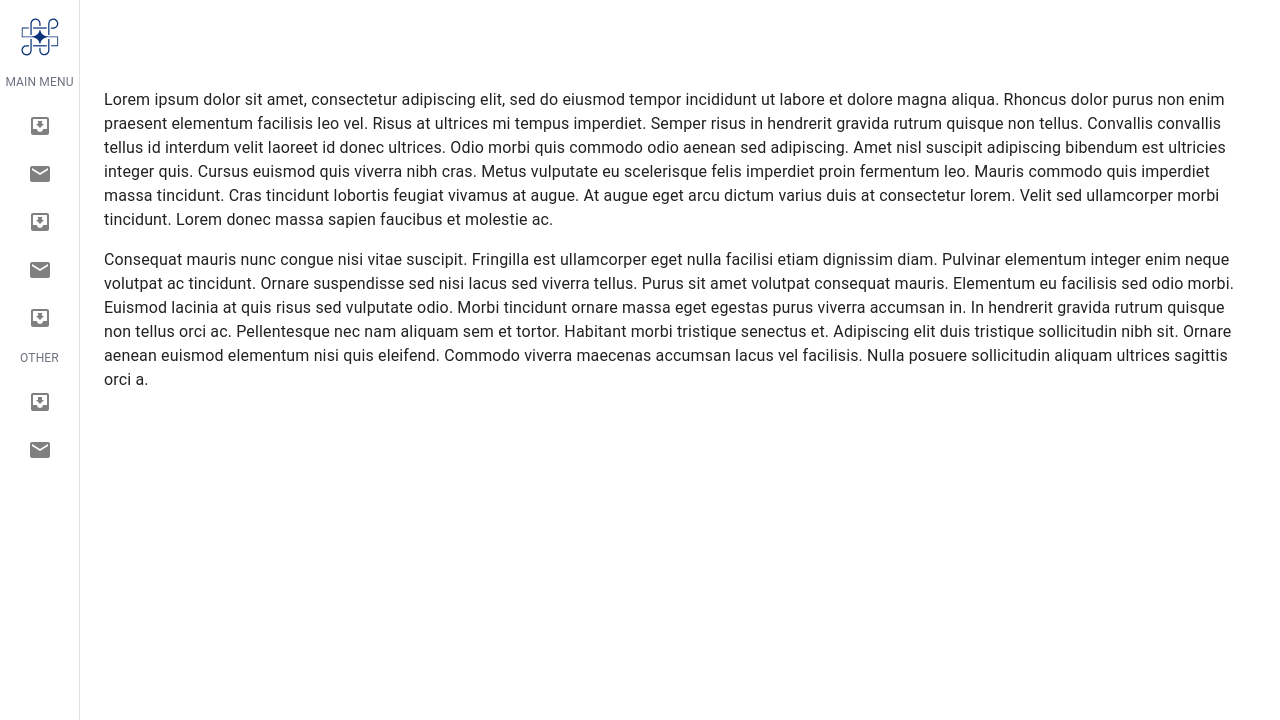
Repository: SatyaDewangan05/sample-dashboard
Page: /
An editor plug-in stored every save of this project. The page is shown before and after the next save, followed by the edit.
The browser window is 1280 px wide. The pictures show the whole page.
The project was rebuilt for these pictures with package versions that can differ from the ones it lists, and the page was loaded fresh each time. The framework's server and built-in components were replaced by stand-ins that run in the browser. Also part of the build but not shown: next.config.mjs.

Above is the page before, as saved 2024-09-20 22:17:34.

### src/app/page.jsx
import Image from "next/image";
import MiniDrawer from "./components/Drawer";

export default function Home() {
  return (
    <div className="">
      <MiniDrawer />
    </div>
  );
}

### src/app/components/Drawer.jsx
"use client";

import { styled, useTheme } from "@mui/material/styles";
import Box from "@mui/material/Box";
import MuiDrawer from "@mui/material/Drawer";
import MuiAppBar from "@mui/material/AppBar";
import Toolbar from "@mui/material/Toolbar";
import List from "@mui/material/List";
import CssBaseline from "@mui/material/CssBaseline";
import Typography from "@mui/material/Typography";
import Divider from "@mui/material/Divider";
import IconButton from "@mui/material/IconButton";
import MenuIcon from "@mui/icons-material/Menu";
import ChevronLeftIcon from "@mui/icons-material/ChevronLeft";
import ChevronRightIcon from "@mui/icons-material/ChevronRight";
import ListItem from "@mui/material/ListItem";
import ListItemButton from "@mui/material/ListItemButton";
import ListItemIcon from "@mui/material/ListItemIcon";
import ListItemText from "@mui/material/ListItemText";
import InboxIcon from "@mui/icons-material/MoveToInbox";
import MailIcon from "@mui/icons-material/Mail";
import { useState } from "react";
import Image from "next/image";

import Logo from "@/images/logo.svg";
import LogoWithName from "@/images/logo_with_name.png";

const drawerWidth = 220;

const openedMixin = (theme) => ({
  width: drawerWidth,
  transition: theme.transitions.create("width", {
    easing: theme.transitions.easing.sharp,
    duration: theme.transitions.duration.enteringScreen,
  }),
  overflowX: "hidden",
});

const closedMixin = (theme) => ({
  transition: theme.transitions.create("width", {
    easing: theme.transitions.easing.sharp,
    duration: theme.transitions.duration.leavingScreen,
  }),
  overflowX: "hidden",
  width: "80px",
  [theme.breakpoints.up("sm")]: {
    width: "80px",
  },
});

const DrawerHeader = styled("div")(({ theme }) => ({
  display: "flex",
  alignItems: "center",
  justifyContent: "center",
  padding: "10px",
  // necessary for content to be below app bar
  ...theme.mixins.toolbar,
}));

const AppBar = styled(MuiAppBar, {
  shouldForwardProp: (prop) => prop !== "open",
})(({ theme }) => ({
  zIndex: theme.zIndex.drawer + 1,
  transition: theme.transitions.create(["width", "margin"], {
    easing: theme.transitions.easing.sharp,
    duration: theme.transitions.duration.leavingScreen,
  }),
  variants: [
    {
      props: ({ open }) => open,
      style: {
        marginLeft: drawerWidth,
        width: `calc(100% - ${drawerWidth}px)`,
        transition: theme.transitions.create(["width", "margin"], {
          easing: theme.transitions.easing.sharp,
          duration: theme.transitions.duration.enteringScreen,
        }),
      },
    },
  ],
}));

const Drawer = styled(MuiDrawer, {
  shouldForwardProp: (prop) => prop !== "open",
})(({ theme }) => ({
  width: drawerWidth,
  flexShrink: 0,
  whiteSpace: "nowrap",
  boxSizing: "border-box",
  variants: [
    {
      props: ({ open }) => open,
      style: {
        ...openedMixin(theme),
        "& .MuiDrawer-paper": openedMixin(theme),
      },
    },
    {
      props: ({ open }) => !open,
      style: {
        ...closedMixin(theme),
        "& .MuiDrawer-paper": closedMixin(theme),
      },
    },
  ],
}));

export default function MiniDrawer() {
  const theme = useTheme();
  const [open, setOpen] = useState(false);

  const handleDrawerOpen = () => {
    setOpen(true);
  };

  const handleDrawerClose = () => {
    setOpen(false);
  };

  const [active, setActive] = useState("Inbox");

  return (
    <Box sx={{ display: "flex" }}>
      <CssBaseline />
      {/* <AppBar position="fixed" open={open}>
        <Toolbar>
          <IconButton
            color="inherit"
            aria-label="open drawer"
            onClick={handleDrawerOpen}
            edge="start"
            sx={[
              {
                marginRight: 5,
              },
              open && { display: "none" },
            ]}
          >
            <MenuIcon />
          </IconButton>
          <Typography variant="h6" noWrap component="div">
            Mini variant drawer
          </Typography>
        </Toolbar>
      </AppBar> */}
      <Drawer variant="permanent" open={open}>
        <DrawerHeader>
          <IconButton onClick={() => setOpen((prevState) => !prevState)}>
            {open ? (
              <Image src={LogoWithName} alt="Images" />
            ) : (
              <Image className="mx-auto" src={Logo} alt="Images" />
            )}
          </IconButton>
        </DrawerHeader>
        <p
          className={`h-5 uppercase text-xs  text-gray-500 ${
            open ? "pl-5" : "text-center"
          }`}
        >
          Main Menu
        </p>
        <List>
          {[
            "Dashboard",
            "Recruitment",
            "Schedule",
            "Employee",
            "Department",
          ].map((text, index) => (
            <ListItem key={text} disablePadding sx={{ display: "block" }}>
              <ListItemButton
                sx={[
                  {
                    minHeight: 48,
                    px: 2,
                    color: active === text ? "#FF5151" : "unset",
                  },
                  open
                    ? {
                        justifyContent: "initial",
                      }
                    : {
                        justifyContent: "center",
                      },
                ]}
                onClick={() => setActive(text)}
              >
                <ListItemIcon
                  sx={[
                    {
                      //   minWidth: 0,
                      justifyContent: "center",
                      color: active === text ? "#FF5151" : "gray",
                    },
                    open
                      ? {
                          mr: 2,
                        }
                      : {
                          mx: "auto",
                        },
                  ]}
                >
                  {index % 2 === 0 ? <InboxIcon /> : <MailIcon />}
                </ListItemIcon>
                <ListItemText
                  primary={text}
                  sx={[
                    open
                      ? {
                          opacity: 1,
                        }
                      : {
                          opacity: 0,
                        },
                  ]}
                />
              </ListItemButton>
            </ListItem>
          ))}
        </List>
        <p
          className={`h-5 uppercase text-xs text-gray-500 ${
            open ? " pl-5" : "text-center"
          }`}
        >
          Other
        </p>
        <List>
          {["Support", "Settings"].map((text, index) => (
            <ListItem key={text} disablePadding sx={{ display: "block" }}>
              <ListItemButton
                sx={[
                  {
                    minHeight: 48,
                    px: 2,
                  },
                  open
                    ? {
                        justifyContent: "initial",
                      }
                    : {
                        justifyContent: "center",
                      },
                ]}
                onClick={() => setActive(text)}
              >
                <ListItemIcon
                  sx={[
                    {
                      justifyContent: "center",
                      color: active === text ? "#FF5151" : "gray",
                    },
                    open
                      ? {
                          mr: 2,
                        }
                      : {
                          mx: "auto",
                        },
                  ]}
                >
                  {index % 2 === 0 ? <InboxIcon /> : <MailIcon />}
                </ListItemIcon>
                <ListItemText
                  primary={text}
                  sx={[
                    open
                      ? {
                          opacity: 1,
                        }
                      : {
                          opacity: 0,
                        },
                  ]}
                />
              </ListItemButton>
            </ListItem>
          ))}
        </List>
      </Drawer>
      <Box component="main" sx={{ flexGrow: 1, p: 3 }}>
        <DrawerHeader />
        <Typography sx={{ marginBottom: 2 }}>
          Lorem ipsum dolor sit amet, consectetur adipiscing elit, sed do
          eiusmod tempor incididunt ut labore et dolore magna aliqua. Rhoncus
          dolor purus non enim praesent elementum facilisis leo vel. Risus at
          ultrices mi tempus imperdiet. Semper risus in hendrerit gravida rutrum
          quisque non tellus. Convallis convallis tellus id interdum velit
          laoreet id donec ultrices. Odio morbi quis commodo odio aenean sed
          adipiscing. Amet nisl suscipit adipiscing bibendum est ultricies
          integer quis. Cursus euismod quis viverra nibh cras. Metus vulputate
          eu scelerisque felis imperdiet proin fermentum leo. Mauris commodo
          quis imperdiet massa tincidunt. Cras tincidunt lobortis feugiat
          vivamus at augue. At augue eget arcu dictum varius duis at consectetur
          lorem. Velit sed ullamcorper morbi tincidunt. Lorem donec massa sapien
          faucibus et molestie ac.
        </Typography>
        <Typography sx={{ marginBottom: 2 }}>
          Consequat mauris nunc congue nisi vitae suscipit. Fringilla est
          ullamcorper eget nulla facilisi etiam dignissim diam. Pulvinar
          elementum integer enim neque volutpat ac tincidunt. Ornare suspendisse
          sed nisi lacus sed viverra tellus. Purus sit amet volutpat consequat
          mauris. Elementum eu facilisis sed odio morbi. Euismod lacinia at quis
          risus sed vulputate odio. Morbi tincidunt ornare massa eget egestas
          purus viverra accumsan in. In hendrerit gravida rutrum quisque non
          tellus orci ac. Pellentesque nec nam aliquam sem et tortor. Habitant
          morbi tristique senectus et. Adipiscing elit duis tristique
          sollicitudin nibh sit. Ornare aenean euismod elementum nisi quis
          eleifend. Commodo viverra maecenas accumsan lacus vel facilisis. Nulla
          posuere sollicitudin aliquam ultrices sagittis orci a.
        </Typography>
      </Box>
    </Box>
  );
}

Loaded but not shown: src/app/layout.js (common file); src/app/globals.css (common file); tailwind.config.js (common file)

After the next save:
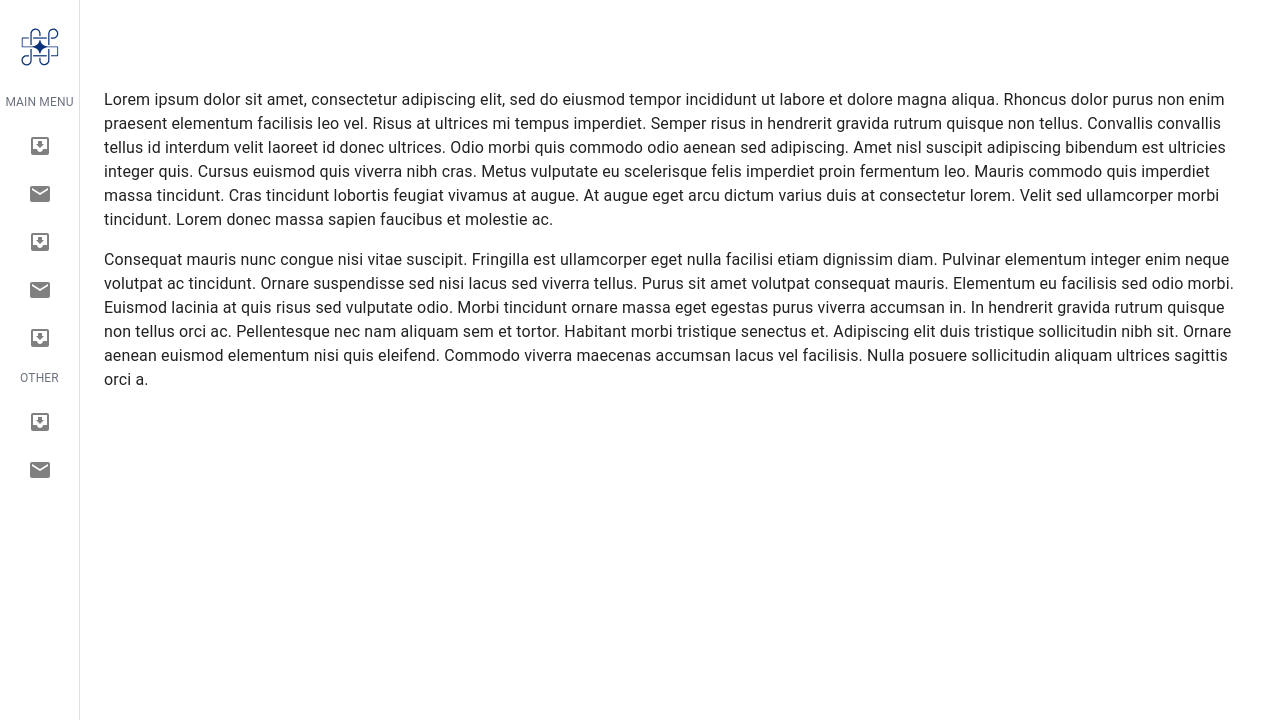
Saved 4 s later.
--- a/src/app/components/Drawer.jsx
+++ b/src/app/components/Drawer.jsx
@@ -52,7 +52,7 @@ const DrawerHeader = styled("div")(({ theme }) => ({
   display: "flex",
   alignItems: "center",
   justifyContent: "center",
-  padding: "10px",
+  padding: "20px",
   // necessary for content to be below app bar
   ...theme.mixins.toolbar,
 }));
